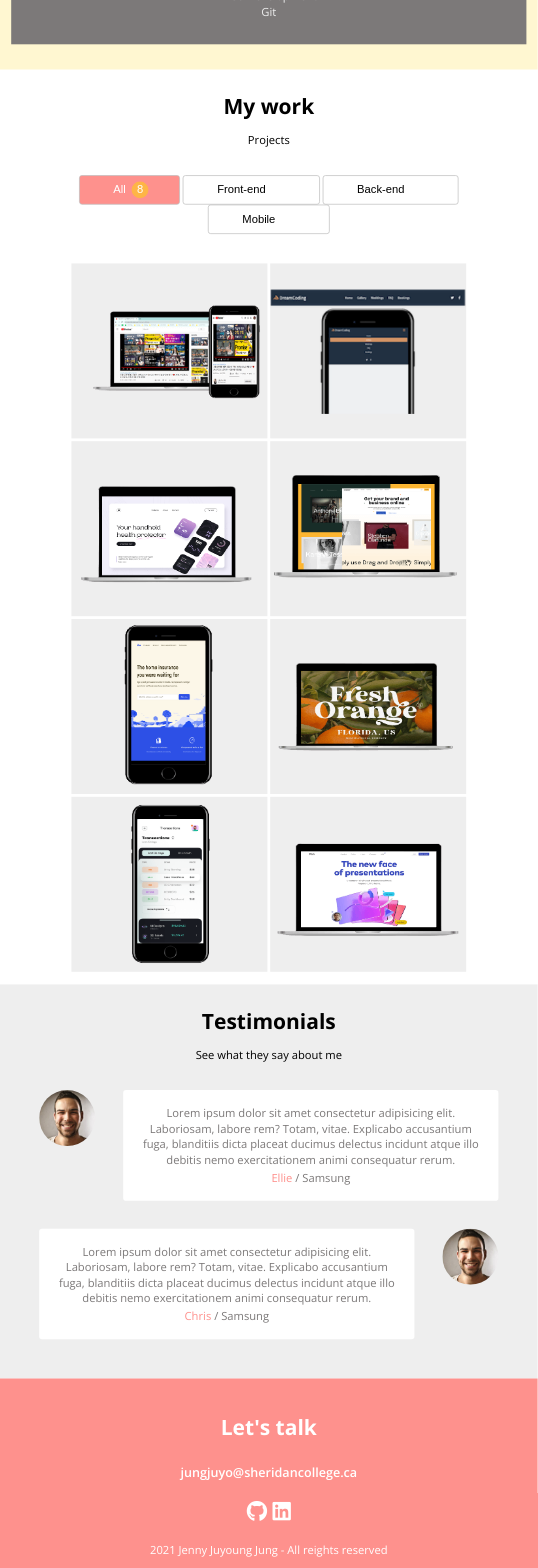
Repository: jennyjjung/portfolio.v0
Page: index.html
These files come from the project's save history. The page is drawn as it stood at one moment and after the next save; the edit follows.
The browser window is 768 px wide. The pictures show the part of the page from y = 2586 to 4826 px (the page is 4831 px tall before and 4789 px after), at 70% of full size.
Some web libraries are served in a nearby version.

Above is the page before, as saved 2022-02-28 12:05:27.

After the next save:
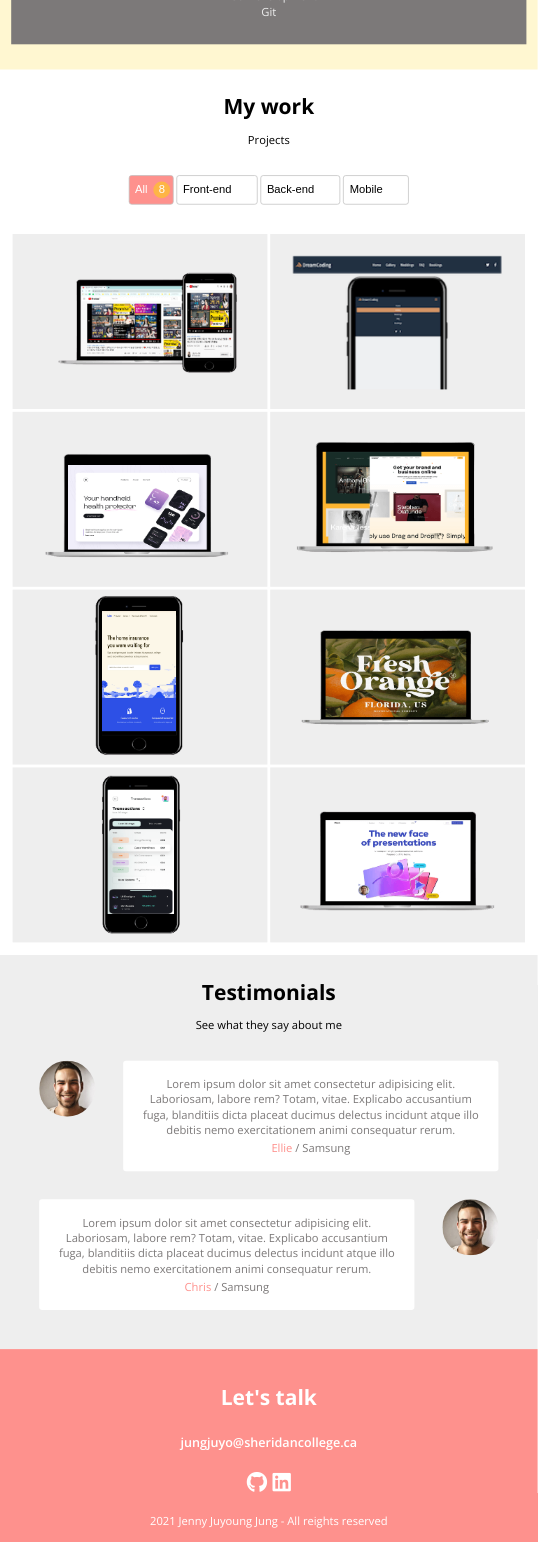
Saved 31 s later.
--- a/style.css
+++ b/style.css
@@ -562,7 +562,11 @@ p {
     flex-direction: column;
   }
 
-  . .project {
+  .category__btn {
+    padding: 8px;
+  }
+
+  .project {
     flex-grow: 1;
   }
 
